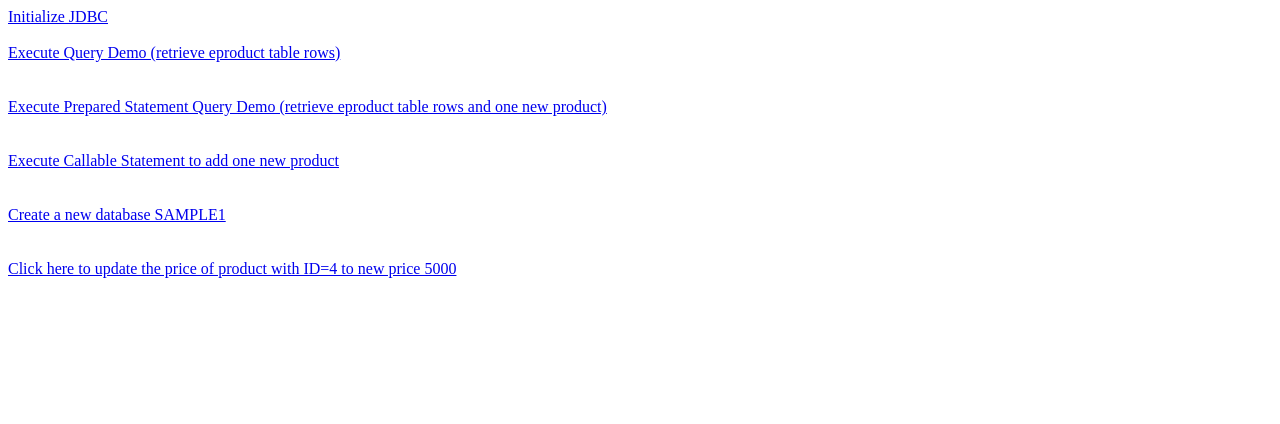
Repository: ashokwork1/slma
Page: JDBCDEMO/WebContent/index.html
An editor plug-in stored every save of this project. The page is shown before and after the next save, followed by the edit.
The browser window is 1280 px wide. The pictures show the whole page.

Above is the page before, as saved 2023-05-26 12:10:54.

After the next save:
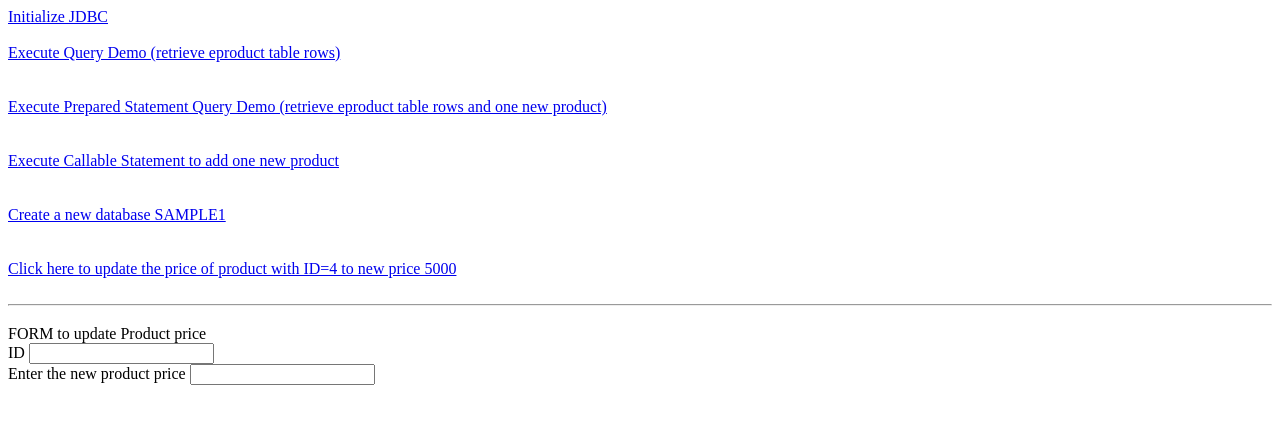
Saved 78 s later.
--- a/JDBCDEMO/WebContent/index.html
+++ b/JDBCDEMO/WebContent/index.html
@@ -12,3 +12,10 @@
 
 <br><br>
 <a href="update-delete-records-demo">Click here to update the price of product with ID=4 to new price 5000</a><br>
+
+<br><hr>
+<h3></h3>FORM to update Product price</h3>
+<form action=update-delete-records-demo method="GET">
+ID <input name=id> <br>
+Enter the new product price <input name=price> <br>
+</form>
